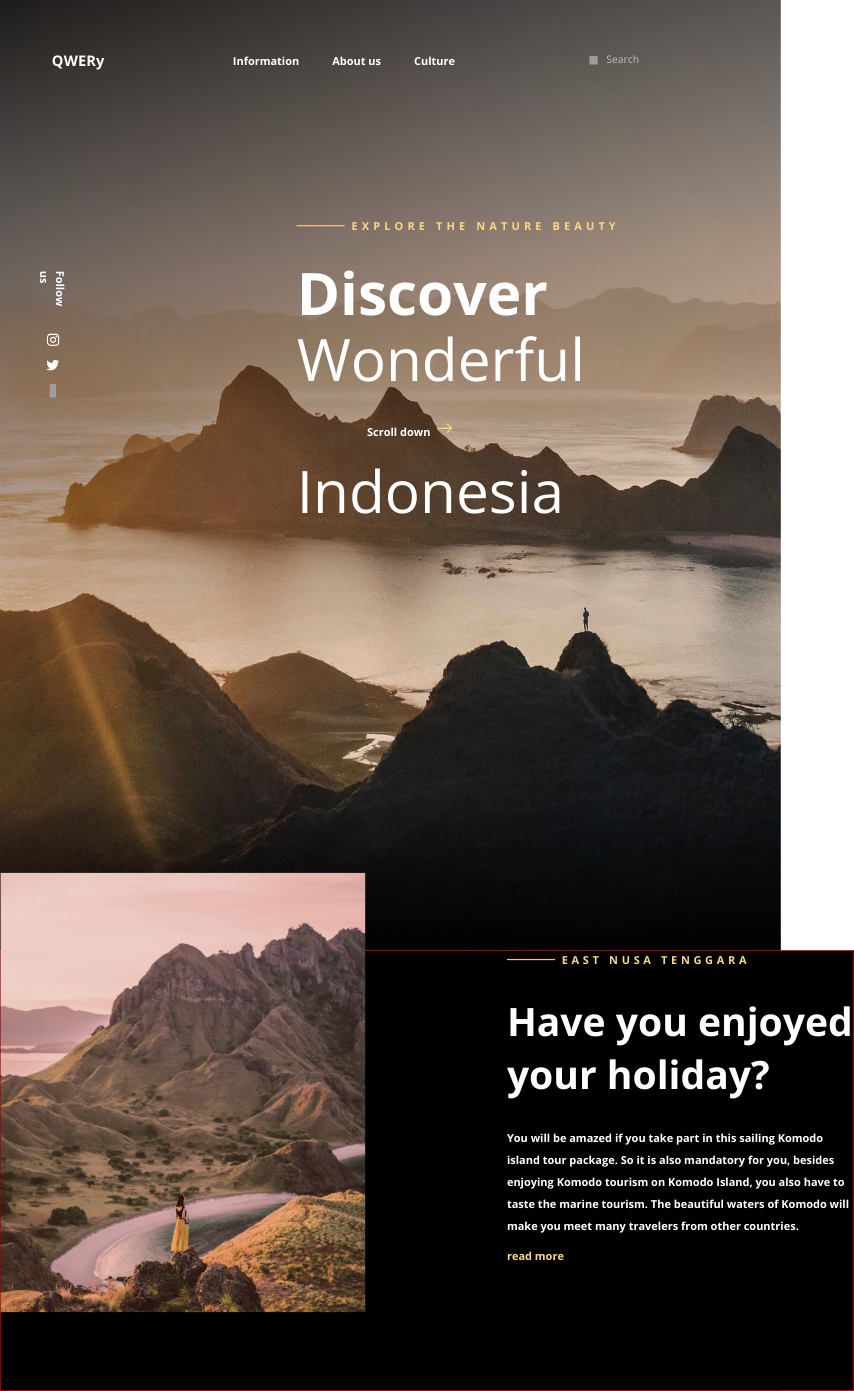
Repository: AndreyMykulych/user_home_work_Mykulych
Page: 6/index.html
The author's editor kept a copy of each file at every save. The page is drawn from the files as they stood at one save, then again after the next save.
The browser window is 1280 px wide. The page is 1400 px wide, so the pictures cover 1400 px, including what lies to the right of the window. The pictures show the whole page, at 61% of full size.
Pictures or frames that could not be fetched are drawn as grey boxes.

Above is the page before, as saved 2023-03-11 13:32:41.

After the next save:
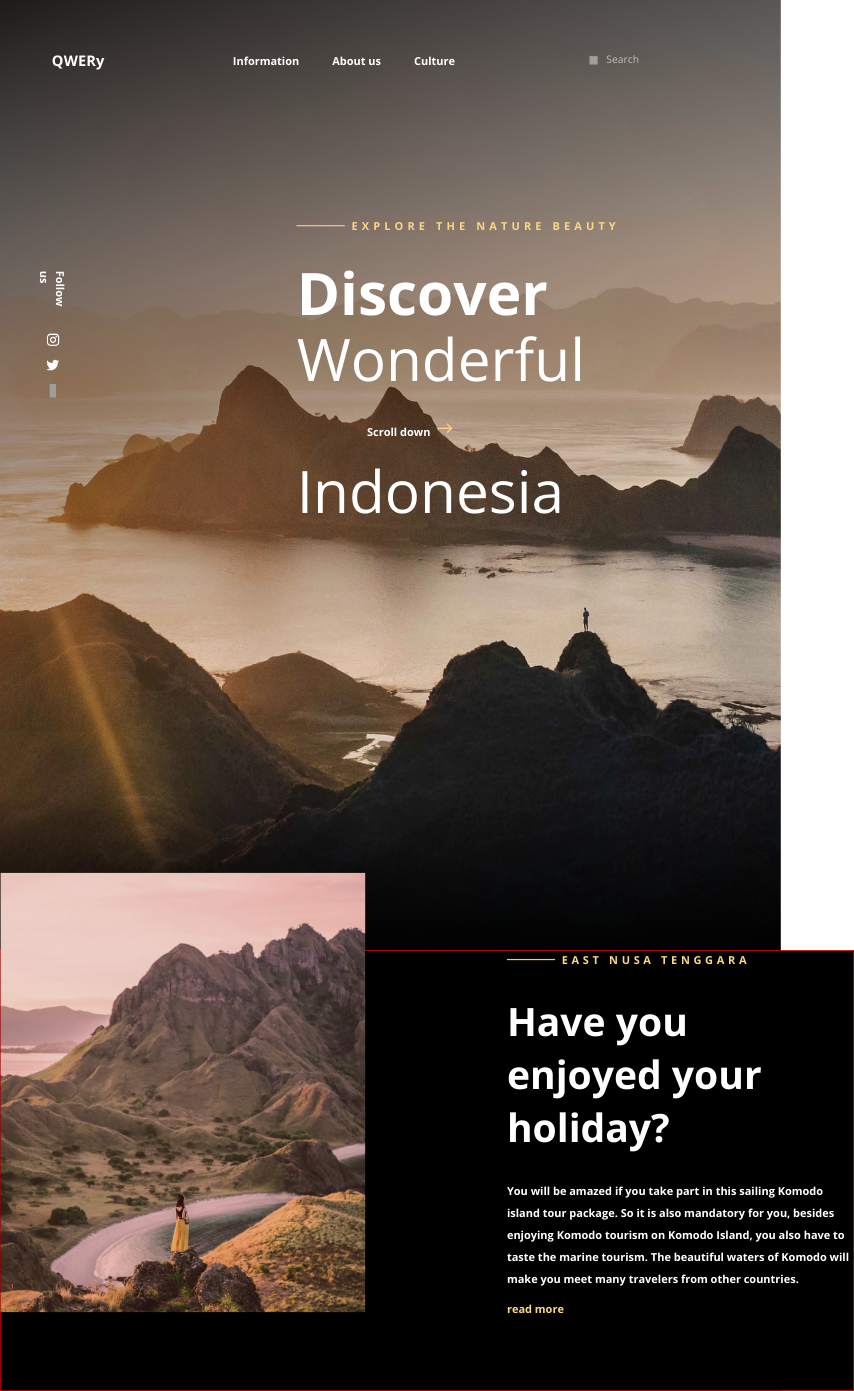
Saved 18 s later.
--- a/6/style/style.css
+++ b/6/style/style.css
@@ -248,6 +248,8 @@ color: var(--orange-color)
     margin-right: 0.625em;
 }
 .information h1{
+    text-align: left;
+    margin-right: 0.25em;
     font-family: 'Open Sans';
 font-style: normal;
 font-weight: 700;
@@ -256,8 +258,7 @@ line-height: 87px;
 color: var(--white-color);
 }
 .information .text{
-    text-align: left;
-    margin-right: 0.25em;
+
 font-family: 'Open Sans';
 font-style: normal;
 font-weight: 600;
